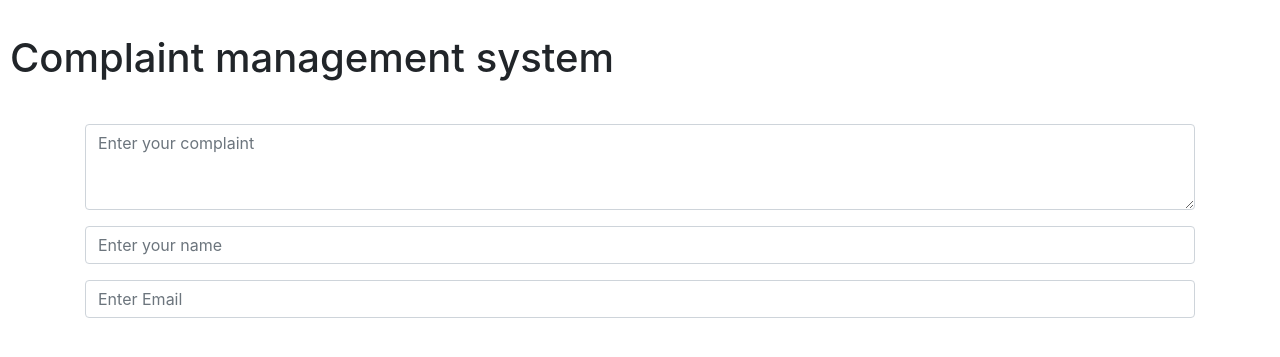
Repository: mkejeiri/Java-Entreprise
Page: http://localhost/complaintsystem/helloWorld
These files come from the project's save history. The page is drawn as it stood at one moment and after the next save; the edit follows.
The browser window is 1280 px wide. The pictures show the whole page.
The page is served by Tomcat 9. Other server files are loaded and not shown.

Above is the page before, as saved 2018-05-10 19:22:41.

### complaintsystem/complaintsystem/WebContent/WEB-INF/HelloWorld.jsp
<%@ page language="java" contentType="text/html; charset=UTF-8"
    pageEncoding="UTF-8"%>
<!DOCTYPE html PUBLIC "-//W3C//DTD HTML 4.01 Transitional//EN" "http://www.w3.org/TR/html4/loose.dtd">
<html>
<head>
<meta http-equiv="Content-Type" content="text/html; charset=UTF-8">
<link rel="stylesheet" href="https://stackpath.bootstrapcdn.com/bootstrap/4.1.1/css/bootstrap.min.css" integrity="sha384-WskhaSGFgHYWDcbwN70/dfYBj47jz9qbsMId/iRN3ewGhXQFZCSftd1LZCfmhktB" crossorigin="anonymous">
<style>
	.spacing {
		padding:5px;
		margin:5px;
	}
</style>
<title>Insert title here</title>
</head>
<body>
	<br/>
	<div class="container spacing">
		<h1>Complaint management system</h1>
	</div><br/>
	<div class="container">
		<form action="/complaintsystem/submitComplaint" method="post">
			<div class="form-group">
			    <textarea class="form-control" id="exampleFormControlTextarea1" rows="3" placeholder="Enter your complaint"></textarea>
			</div>
			<div class="form-group">
			    <input type="text" class="form-control" name="name" placeholder="Enter your name">
			</div>
			<div class="form-group">
			    <input type="email" class="form-control" name="email" placeholder="Enter Email">
			</div>
		</form>
	</div>
	<script src="https://code.jquery.com/jquery-3.3.1.slim.min.js" integrity="sha384-q8i/X+965DzO0rT7abK41JStQIAqVgRVzpbzo5smXKp4YfRvH+8abtTE1Pi6jizo" crossorigin="anonymous"></script>
    <script src="https://cdnjs.cloudflare.com/ajax/libs/popper.js/1.14.3/umd/popper.min.js" integrity="sha384-ZMP7rVo3mIykV+2+9J3UJ46jBk0WLaUAdn689aCwoqbBJiSnjAK/l8WvCWPIPm49" crossorigin="anonymous"></script>
    <script src="https://stackpath.bootstrapcdn.com/bootstrap/4.1.1/js/bootstrap.min.js" integrity="sha384-smHYKdLADwkXOn1EmN1qk/HfnUcbVRZyYmZ4qpPea6sjB/pTJ0euyQp0Mk8ck+5T" crossorigin="anonymous"></script>
</body>
</html>

After the next save:
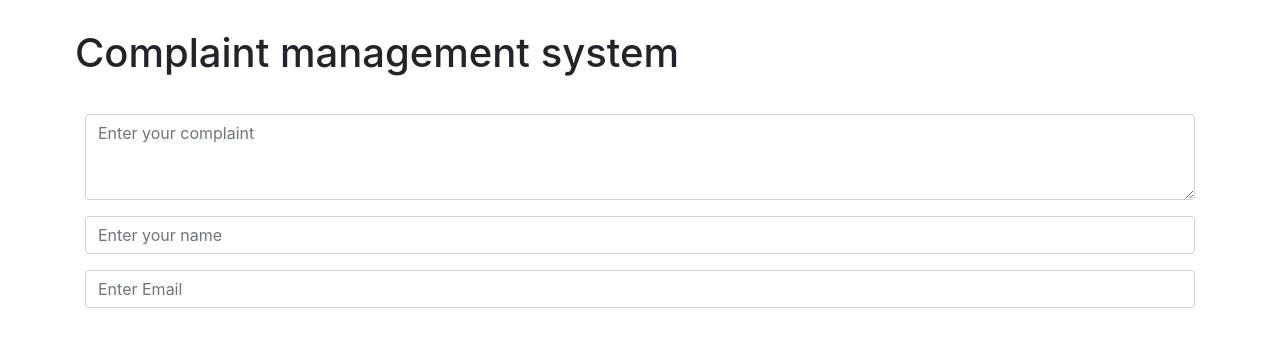
Saved 30 s later.
--- a/complaintsystem/complaintsystem/WebContent/WEB-INF/HelloWorld.jsp
+++ b/complaintsystem/complaintsystem/WebContent/WEB-INF/HelloWorld.jsp
@@ -8,7 +8,7 @@
 <style>
 	.spacing {
 		padding:5px;
-		margin:5px;
+
 	}
 </style>
 <title>Insert title here</title>
